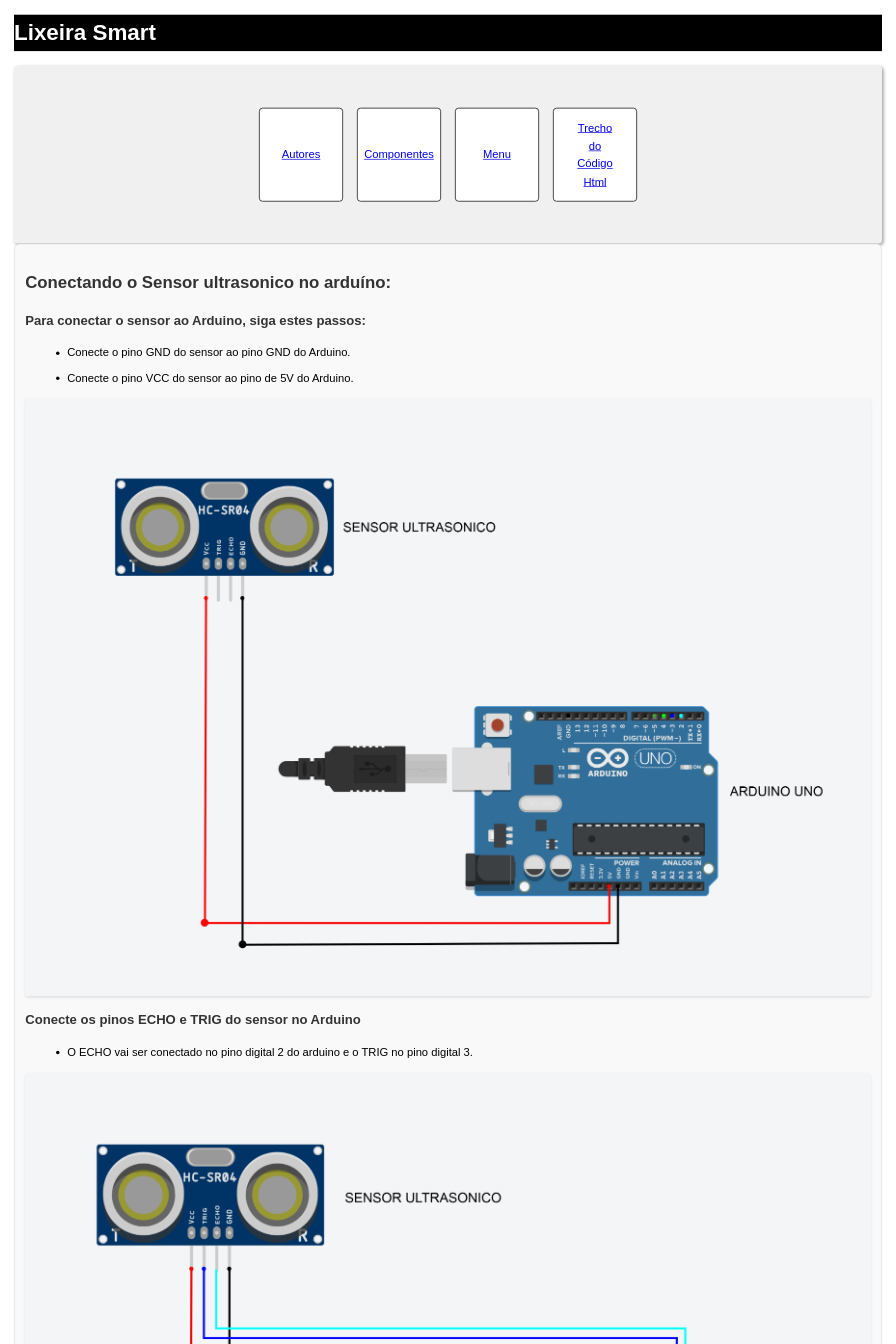
Repository: Eito2511/Site-tutorial-arduino
Page: tutorial.html
These files come from the project's save history. The page is drawn as it stood at one moment and after the next save; the edit follows.
The browser window is 1280 px wide. The pictures show the part of the page from y = 0 to 1920 px (the page is 4576 px tall before and 4499 px after), at 70% of full size.

Above is the page before, as saved 2025-06-03 19:20:53.

After the next save:
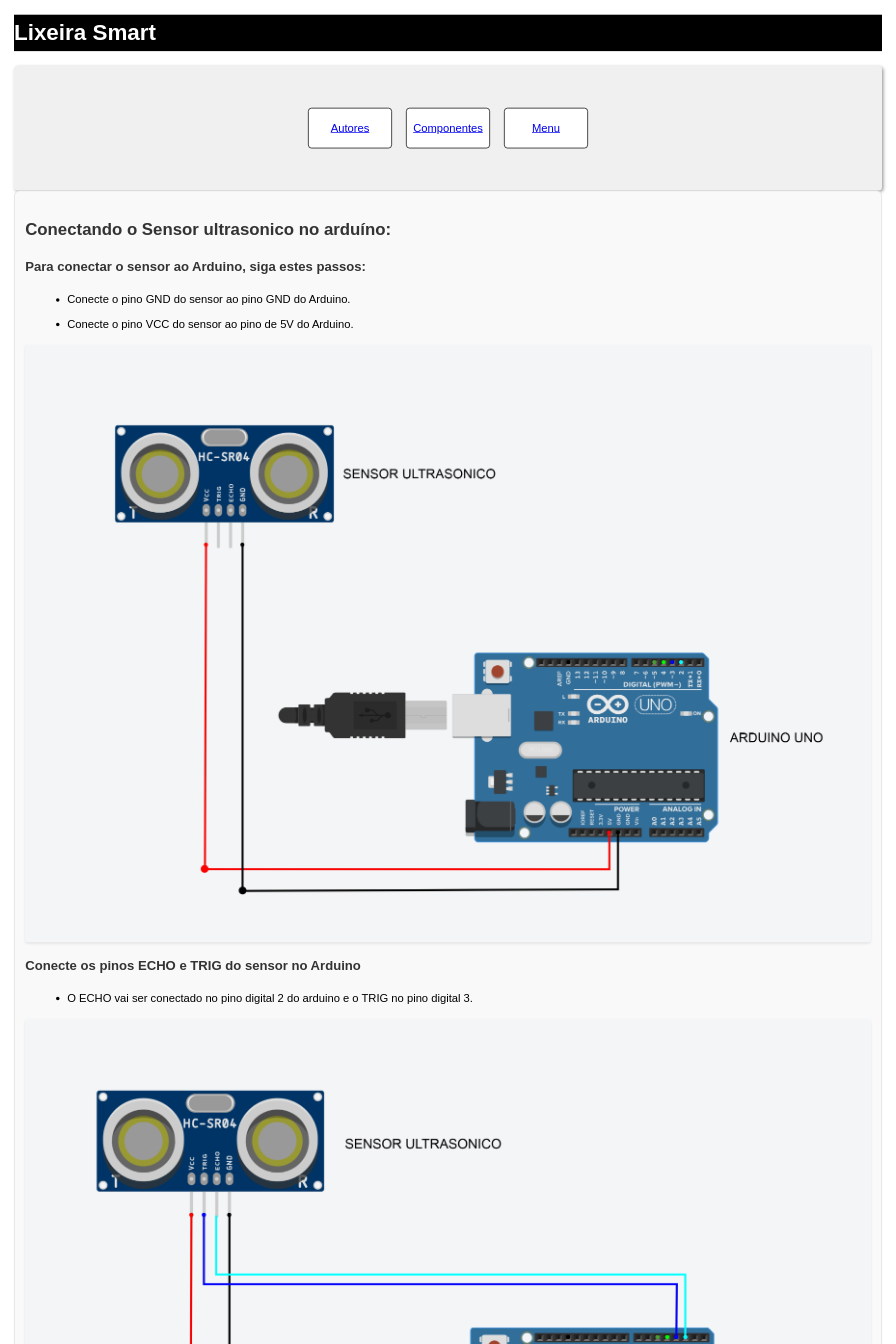
Saved 24 h 55 min later.
--- a/tutorial.html
+++ b/tutorial.html
@@ -14,7 +14,6 @@
         <a href="autores.html" class="btn">Autores</a>
         <a href="componentes.html" class="btn">Componentes</a>
         <a href="index.html" class="btn">Menu</a>
-        <a href="html.html" class="btn">Trecho do Código Html</a>
     </section>
 
 
